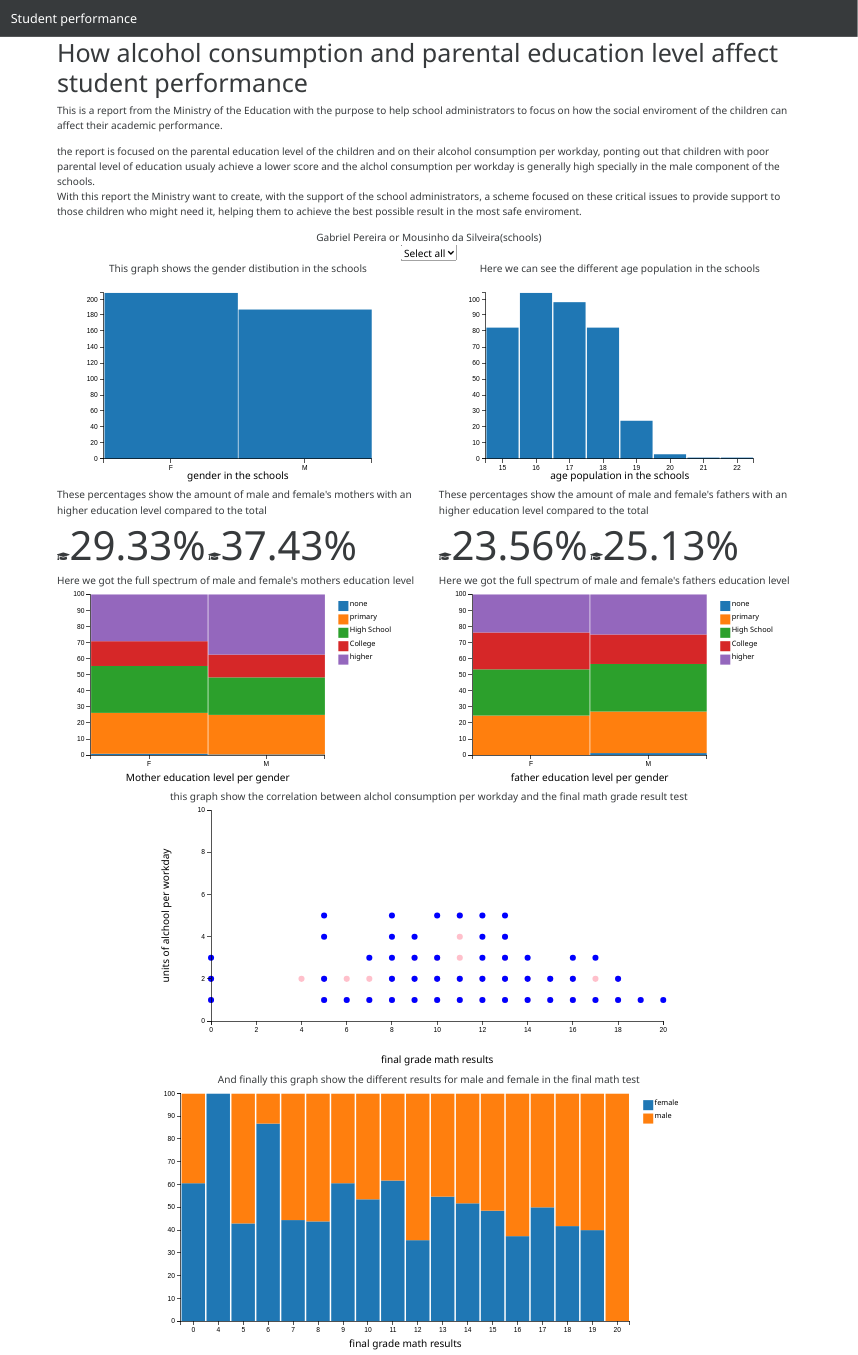
Repository: Baal89/second-milestone-project
Page: index.html
The author's editor kept a record of every edit. The page is drawn from the files as they stood at one moment, then again after the next edit.
The browser window is 1280 px wide. The pictures show the whole page, at 67% of full size.
Some web libraries are served in a nearby version.

Above is the page before.

### index.html
<!DOCTYPE html>
<html>

<head>
    <meta charset="UTF-8">
    <meta name="viewport" content="width=device-width, initial-scale=1.0">
    <meta http-equiv="X-UA-Compatible" content "ie=edge">
    <title>Student Performance</title>

    <link rel="stylesheet" href="static/css/bootstrap.min.css" type="text/css" />
    <link rel="stylesheet" href="static/css/dc.min.css" type="text/css" />
    <link rel="stylesheet" type="text/css" href="https://cdnjs.cloudflare.com/ajax/libs/font-awesome/5.10.2/css/all.css">
    <link rel="stylesheet" href="static/css/style.css" type="text/css" />

    <script type="text/javascript" src="static/js/d3.min.js"></script>
    <script type="text/javascript" src="static/js/crossfilter.min.js"></script>
    <script type="text/javascript" src="static/js/dc.min.js"></script>
    <script type="text/javascript" src="static/js/queue.min.js"></script>
    <script type="text/javascript" src="static/js/graph.js"></script>

</head>

<body>
    <nav class="navbar navbar-expand-lg navbar-dark bg-dark">
        <a class="navbar-brand" href="#">Student performance</a>
    </nav>

    <main>
        <article class="container">
            <header>
                <h1>How alcohol consumption and parental education level affect student performance</h1>
                <p>This is a report from the Ministry of the Education with the purpose to help school administrators to focus on how the social enviroment of the children can affect their academic performance.</p>
            </header>
            <p>the report is focused on the parental education level of the children and on their alcohol consumption per workday, ponting out that children with poor parental level of education usualy achieve a lower score and the alchol consumption per
                workday is generally high specially in the male component of the schools.<br> With this report the Ministry want to create, with the support of the school administrators, a scheme focused on these critical issues to provide support to
                those children who might need it, helping them to achieve the best possible result in the most safe enviroment.
            </p>
        </article>

        <section class="section">
            <div class="container">

                <div class="row">
                    <div class="col-12 col-md-12 text-center">Gabriel Pereira or Mousinho da Silveira(schools)</div>
                </div>
                <div class="row">
                    <div class="col-12 col-md-12 text-center" id="discipline-selector"></div>
                </div>
            </div>
        </section>


        <section class="section">
            <div class="container">

                <div class="row">
                    <div class="col-12 col-md-6 text-center">
                        <p>This graph shows the gender distibution in the schools</p>
                    </div>
                    <div class="col-12 col-md-6 text-center">
                        <p>Here we can see the different age population in the schools</p>
                    </div>
                </div>

                <div class="row">
                    <div class="col-12 col-md-6 text-center" id="sex-distribution"></div>
                    <div class="col-12 col-md-6 text-center" id="age-distribution"></div>
                </div>
            </div>
        </section>


        <section class="section">
            <div class="container">

                <div class="row">
                    <div class="col-6">These percentages show the amount of male and female's mothers with an higher education level compared to the total</div>
                    <div class="col-6">These percentages show the amount of male and female's fathers with an higher education level compared to the total</div>
                </div>
                <div class="row">
                    <div class="col-6">
                        <i class="fas fa-graduation-cap" aria-hidden="true"></i><span class="number-box" id="percentage-of-female-mother-higher-education"></span>
                        <i class="fas fa-graduation-cap" aria-hidden="true"></i><span class="number-box" id="percentage-of-male-mother-higher-education"></span>
                    </div>
                    <div class="col-6">
                        <i class="fas fa-graduation-cap" aria-hidden="true"></i><span class="number-box" id="percentage-of-female-father-higher-education"></span>
                        <i class="fas fa-graduation-cap" aria-hidden="true"></i><span class="number-box" id="percentage-of-male-father-higher-education"></span>
                    </div>
                </div>
            </div>
        </section>



        <section class="section">
            <div class="container">

                <div class="row">
                    <div class="col-md-6">Here we got the full spectrum of male and female's mothers education level</div>
                    <div class="col-md-6">Here we got the full spectrum of male and female's fathers education level</div>
                </div>
                <div class="row">
                    <div class="col-md-6" id="mother-education"></div>
                    <div class="col-md-6" id="father-education"></div>
                </div>
            </div>
        </section>


        <section class="section">
            <div class="container">

                <div class="row">
                    <div class="col-12 text-center">this graph show the correlation between alchol consumption per workday and the final math grade result test</div>
                </div>
                <div class="row">
                    <div class="col-12 text-center" id="workday-alcohol-graduation"></div>
                </div>
            </div>
        </section>


        <section class="section">
            <div class="container">

                <div class="row">
                    <div class="col-12 text-center">And finally this graph show the different results for male and female in the final math test</div>
                </div>
                <div class="row">
                    <div class="col-12 text-center" id="student-performance"></div>
                </div>
            </div>
        </section>

    </main>
</body>

</html>

### static/css/style.css
.number-box {
    font-size: 60px;
    text-align: center;
    line-height: normal;
}

### static/js/graph.js
queue()
    .defer(d3.csv, "data/student-mat.csv")
    .await(makeGraphs);

function makeGraphs(error, performanceData) {
    var ndx = crossfilter(performanceData);

    performanceData.forEach(function(d) {
        d.G3 = parseInt(d.G3);
    });

    show_discipline_selector(ndx);

    show_sex_distribution(ndx);
    show_age_distribution(ndx);
    show_mother_education(ndx);
    show_father_education(ndx);

    show_percent_higher_mother_education(ndx, "F", "#percentage-of-female-mother-higher-education");
    show_percent_higher_mother_education(ndx, "M", "#percentage-of-male-mother-higher-education");
    show_percent_higher_father_education(ndx, "F","#percentage-of-female-father-higher-education");
    show_percent_higher_father_education(ndx, "M","#percentage-of-male-father-higher-education");

    show_performance_to_workday_alcohol_cosumption(ndx);

    show_student_performance(ndx);

    dc.renderAll();
}

function show_discipline_selector(ndx) {
    var dim = ndx.dimension(dc.pluck("discipline"));
    var group = dim.group();

    dc.selectMenu("#discipline-selector")
        .dimension(dim)
        .group(group);
}

function show_sex_distribution(ndx) {
    var dim = ndx.dimension(dc.pluck("sex"));
    var group = dim.group();

    dc.barChart("#sex-distribution")
        .width(500)
        .height(300)
        .margins({ top: 10, right: 50, bottom: 30, left: 50 })
        .dimension(dim)
        .group(group)
        .transitionDuration(500)
        .x(d3.scale.ordinal())
        .xUnits(dc.units.ordinal)
        .elasticY(true)
        .xAxisLabel("gender in the schools")
        .yAxis().ticks(10);
}

function show_age_distribution(ndx) {
    var dim = ndx.dimension(dc.pluck("age"));
    var group = dim.group();

    dc.barChart("#age-distribution")
        .width(500)
        .height(300)
        .margins({ top: 10, right: 50, bottom: 30, left: 50 })
        .dimension(dim)
        .group(group)
        .transitionDuration(500)
        .x(d3.scale.ordinal())
        .xUnits(dc.units.ordinal)
        .elasticY(true)
        .xAxisLabel("age population in the schools")
        .yAxis().ticks(10);
}

function show_mother_education(ndx) {

    function motherEducation(dimension, Medu) {
        return dimension.group().reduce(
            function(p, v) {
                p.total++;
                if (v.Medu == Medu) {
                    p.match++;
                }
                return p;
            },
            function(p, v) {
                p.total--;
                if (v.Medu == Medu) {
                    p.match--;
                }
                return p;
            },
            function() {
                return { total: 0, match: 0 };
            }
        );

    }
    var dim = ndx.dimension(dc.pluck("sex"));
    var noneMotherEducation = motherEducation(dim, "0");
    var firstMotherEducation = motherEducation(dim, "1");
    var secondaryMotherEducation = motherEducation(dim, "2");
    var secondaryGradeMotherEducation = motherEducation(dim, "3");
    var higherMotherEducation = motherEducation(dim, "4");


    dc.barChart("#mother-education")
        .width(500)
        .height(300)
        .dimension(dim)
        .group(noneMotherEducation, "none")
        .stack(secondaryGradeMotherEducation, "primary")
        .stack(secondaryMotherEducation, "High School")
        .stack(firstMotherEducation, "College")
        .stack(higherMotherEducation, "higher")
        .valueAccessor(function(d) {
            if (d.value.total > 0) {
                return (d.value.match / d.value.total) * 100;
            }
            else {
                return 0;
            }
        })
        .x(d3.scale.ordinal())
        .xUnits(dc.units.ordinal)
        .xAxisLabel("Mother education level per gender")
        .legend(dc.legend().x(420).y(20).itemHeight(15).gap(5))
        .margins({ top: 10, right: 100, bottom: 50, left: 50 });
}

function show_father_education(ndx) {

    function fatherEducation(dimension, Fedu) {
        return dimension.group().reduce(
            function(p, v) {
                p.total++;
                if (v.Fedu == Fedu) {
                    p.match++;
                }
                return p;
            },
            function(p, v) {
                p.total--;
                if (v.Fedu == Fedu) {
                    p.match--;
                }
                return p;
            },
            function() {
                return { total: 0, match: 0 };
            }
        );

    }
    var dim = ndx.dimension(dc.pluck("sex"));
    var noneFatherEducation = fatherEducation(dim, "0");
    var firstFatherEducation = fatherEducation(dim, "1");
    var secondaryFatherEducation = fatherEducation(dim, "2");
    var secondaryGradeFatherEducation = fatherEducation(dim, "3");
    var higherFatherEducation = fatherEducation(dim, "4");


    dc.barChart("#father-education")
        .width(500)
        .height(300)
        .dimension(dim)
        .group(noneFatherEducation, "none")
        .stack(secondaryGradeFatherEducation, "primary")
        .stack(secondaryFatherEducation, "High School")
        .stack(firstFatherEducation, "College")
        .stack(higherFatherEducation, "higher")
        .valueAccessor(function(d) {
            if (d.value.total > 0) {
                return (d.value.match / d.value.total) * 100;
            }
            else {
                return 0;
            }
        })
        .x(d3.scale.ordinal())
        .xUnits(dc.units.ordinal)
        .xAxisLabel("father education level per gender")
        .legend(dc.legend().x(420).y(20).itemHeight(15).gap(5))
        .margins({ top: 10, right: 100, bottom: 50, left: 50 });
}

function show_percent_higher_mother_education(ndx, gender, element) {
    var percentageMotherHigherEducation = ndx.groupAll().reduce(
        function(p, v) {
            if (v.sex === gender) {
                p.count++;
                if(v.Medu === "4") {
                    p.are_higher++;
                }
            }
            return p;
        },
        function(p, v) {
            if (v.sex === gender) {
                p.count--;
                if(v.Medu === "4") {
                    p.are_higher--;
                }
            }
            return p;
        },
        function() {
            return {count: 0, are_higher: 0};
        },
    );
   dc.numberDisplay(element)
        .formatNumber(d3.format(".2%"))
        .valueAccessor(function (d) {
            if (d.count == 0) {
                return 0;
            } else {
                return (d.are_higher / d.count);
            }
        })
        .group(percentageMotherHigherEducation);
}

 function show_percent_higher_father_education(ndx, gender, element) {
       var percentageFatherHigherEducation = ndx.groupAll().reduce(
        function(p, v) {
            if (v.sex === gender) {
                p.count++;
                if(v.Fedu === "4") {
                    p.are_higher++;
                }
            }
            return p;
        },
        function(p, v) {
            if (v.sex === gender) {
                p.count--;
                if(v.Fedu === "4") {
                    p.are_higher--;
                }
            }
            return p;
        },
        function() {
            return {count: 0, are_higher: 0};
        },
    );
   dc.numberDisplay(element)
        .formatNumber(d3.format(".2%"))
        .valueAccessor(function (d) {
            if (d.count == 0) {
                return 0;
            } else {
                return (d.are_higher / d.count);
            }
        })
        .group(percentageFatherHigherEducation);
 }

function show_performance_to_workday_alcohol_cosumption(ndx) {

    var genderColors = d3.scale.ordinal()
        .domain(["Female", "Male"])
        .range(["pink", "blue"]);

    var performanceDim = ndx.dimension(dc.pluck("G3"))
    var consumptionDim = ndx.dimension(function(d) {
        return [d.G3, d.Dalc, d.sex];
    });
    var workDayConsumptionGroup = consumptionDim.group();

    var minPerformance = performanceDim.bottom(1)[0].G3;
    var maxPerformance = performanceDim.top(1)[0].G3;

    dc.scatterPlot("#workday-alcohol-graduation")
        .width(800)
        .height(400)
        .x(d3.scale.linear().domain([minPerformance, maxPerformance]))
        .y(d3.scale.linear().domain([0, 10]))
        .brushOn(false)
        .symbolSize(8)
        .clipPadding(5)
        .xAxisLabel("")
        .title(function(d) {
            return "Workday Consumption: " + d.key[1] + " units";
        })
        .colors(genderColors)
        .colorAccessor(function(d) {
            return d.key[2];
        })
        .dimension(consumptionDim)
        .group(workDayConsumptionGroup)
        .xAxisLabel("final grade math results")
        .yAxisLabel("units of alchool per workday")
        .margins({ top: 10, right: 50, bottom: 75, left: 75 })
        .yAxis().ticks(5);
}


function show_student_performance(ndx) {

    function schoolPerformance(dimension, sex) {
        return dimension.group().reduce(
            function(p, v) {
                p.total++;
                if (v.sex == sex) {
                    p.match++;
                }
                return p;
            },
            function(p, v) {
                p.total--;
                if (v.sex == sex) {
                    p.match--;
                }
                return p;
            },
            function() {
                return { total: 0, match: 0 };
            }
        );
    }

    var dim = ndx.dimension(dc.pluck("G3"));
    var femalePerformance = schoolPerformance(dim, "F");
    var malePerformance = schoolPerformance(dim, "M");

    dc.barChart("#student-performance")
        .width(800)
        .height(400)
        .dimension(dim)
        .group(femalePerformance, "female")
        .stack(malePerformance, "male")
        .valueAccessor(function(d) {
            if (d.value.total > 0) {
                return (d.value.match / d.value.total) * 100;
            }
            else {
                return 0;
            }
        })
        .x(d3.scale.ordinal())
        .xUnits(dc.units.ordinal)
        .xAxisLabel("final grade math results")
        .legend(dc.legend().x(720).y(20).itemHeight(15).gap(5))
        .margins({ top: 10, right: 100, bottom: 50, left: 30 });
}

Loaded but not shown: static/css/bootstrap.min.css (library); static/css/dc.min.css (library); static/js/d3.min.js (library); static/js/crossfilter.min.js (library); static/js/dc.min.js (library); static/js/queue.min.js (common file)

After the next edit:
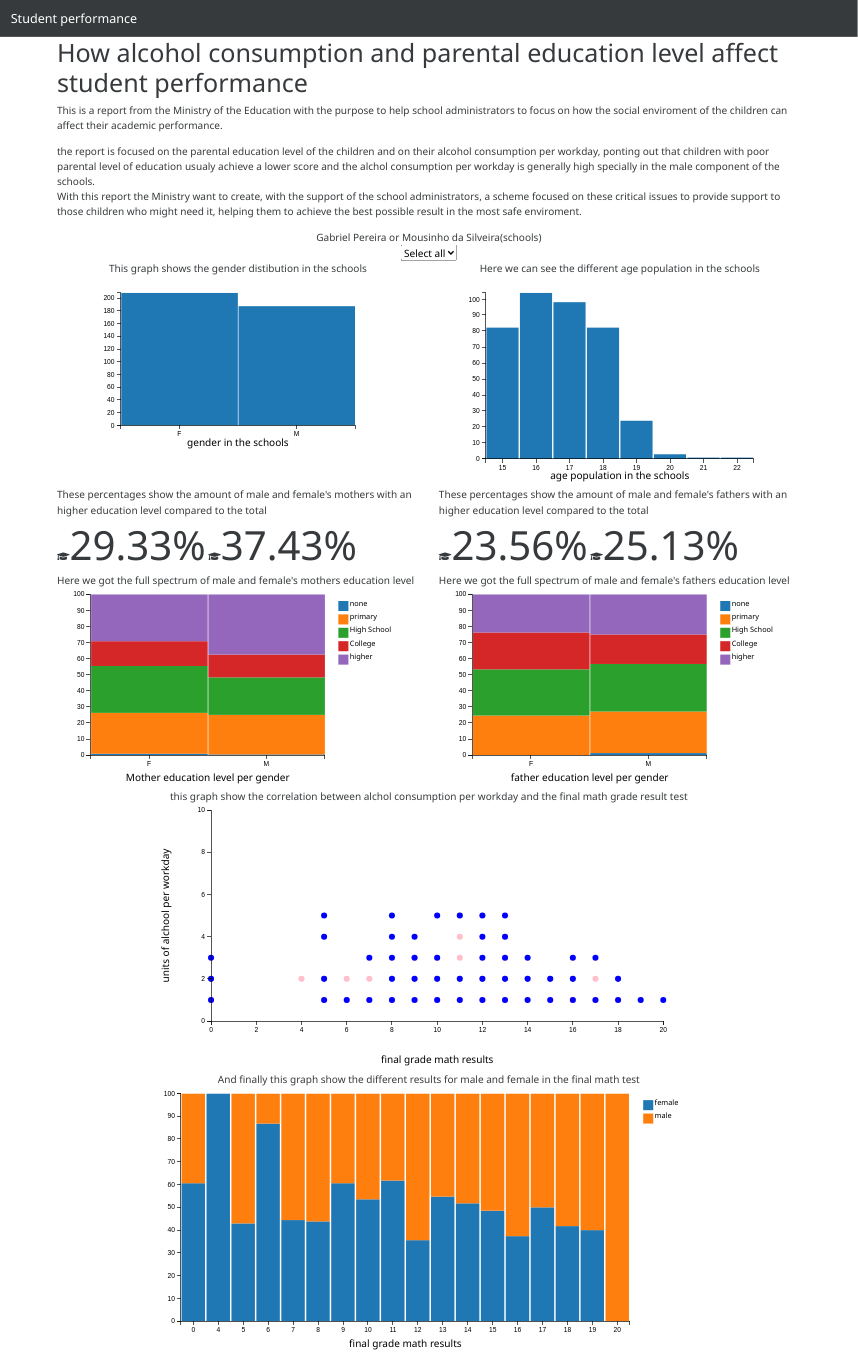
The edit:
--- a/static/js/graph.js
+++ b/static/js/graph.js
@@ -42,8 +42,8 @@
     var group = dim.group();
 
     dc.barChart("#sex-distribution")
-        .width(500)
-        .height(300)
+        .width(450)
+        .height(250)
         .margins({ top: 10, right: 50, bottom: 30, left: 50 })
         .dimension(dim)
         .group(group)
